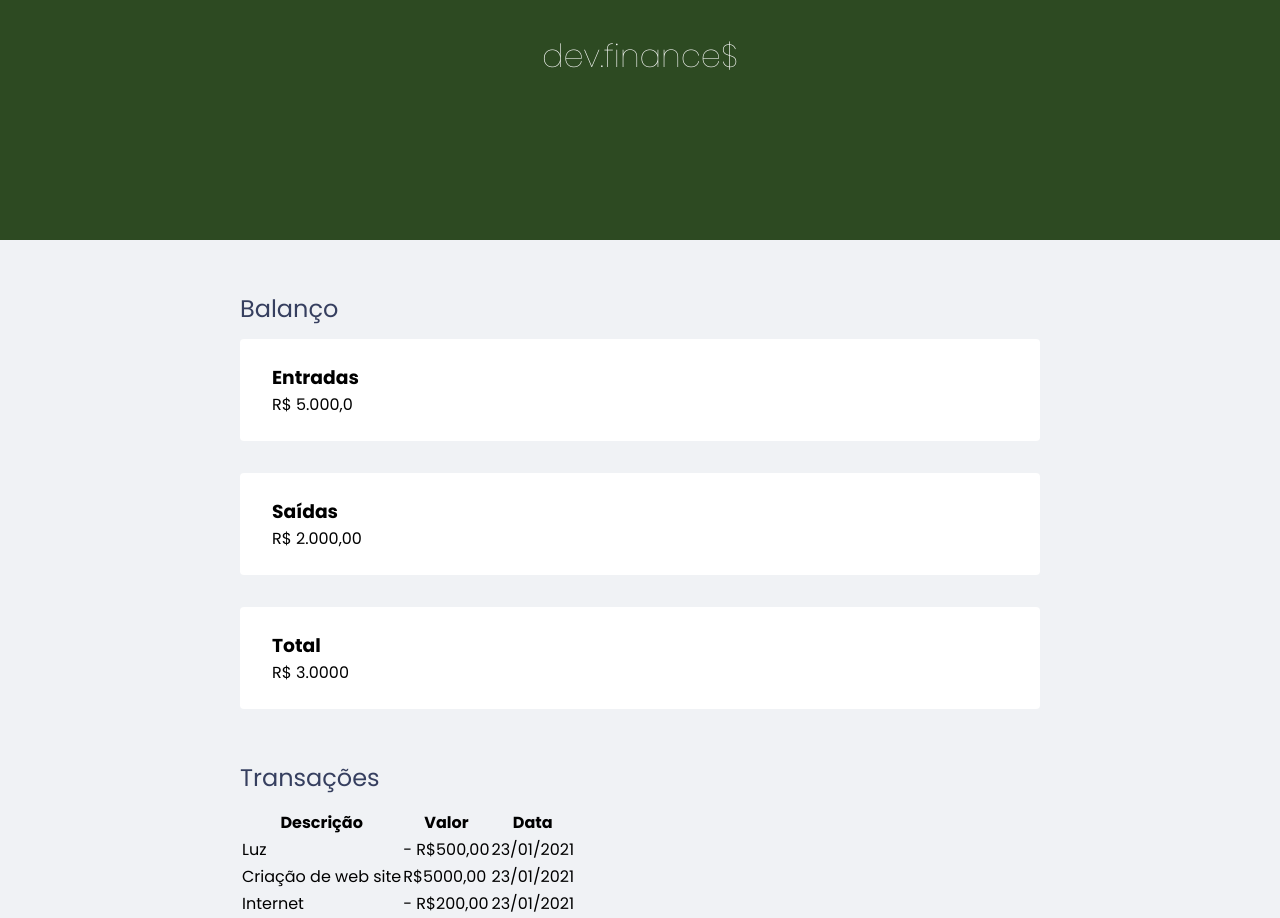
Repository: rafaelmgr12/maratona-dev01
Page: index.html
These files come from the project's save history. The page is drawn as it stood at one moment and after a run of saves; the edit follows.
The browser window is 1280 px wide. The pictures show the whole page.

Above is the page before, as saved 2021-04-26 20:34:38.

### index.html
<!DOCTYPE html>
<html lang="pt-br">
  <head>
    <meta charset="UTF-8" />
    <meta http-equiv="X-UA-Compatible" content="IE=edge" />
    <meta name="viewport" content="width=device-width, initial-scale=1.0" />
    <title>Rafael-app.finance$</title>
    <link rel="stylesheet" href="style.css">
    <link rel="preconnect" href="https://fonts.gstatic.com">
    <link href="https://fonts.googleapis.com/css2?family=Poppins:ital,wght@0,100;0,400;0,700;1,100;1,400;1,700&display=swap" rel="stylesheet">
  </head>
  <body>
    <header><h1 id = "logo">dev.finance$</h1></header>
    <main class = "container">
      <section id="balance">
        <h2>Balanço</h2>
        <div class = "card">
          <h3>Entradas</h3>
          <p>R$ 5.000,0</p>
        </div>
        <div class = "card">
          <h3>Saídas</h3>
          <p>R$ 2.000,00</p>
        </div>
        <div class="card">
          <h3>Total</h3>
          <p>R$ 3.0000</p>
        </div>
      </section>
      <section id = "transaction">
        <h2>Transações</h2>
        <table id= "data-table">
          <thead>
            <tr>
              <th>Descrição</th>
              <th>Valor</th>
              <th>Data</th>
            </tr>
          </thead>
          <tbody>
            <tr>
              <td>Luz</td>
              <td>- R$500,00</td>
              <td>23/01/2021</td>
            </tr>
            <tr>
              <td>Criação de web site</td>
              <td>R$5000,00</td>
              <td>23/01/2021</td>
            </tr>
            <tr>
              <td>Internet</td>
              <td>- R$200,00</td>
              <td>23/01/2021</td>
            </tr>
          </tbody>
        </table>
      </section>
    </main>
    <footer></footer>
  </body>
</html>

### style.css
/* Global ======================================== */
:root{
    --dark-blue : #363f5f;
}
* {
  margin: 0;
  padding: 0;
  box-sizing: border-box;
}

body {
  background: #f0f2f5;
  font-family: "Poppins", sans-serif;
}
.container {
  width: min(90vw, 800px);
  margin: auto;
}
/* Titles ======================================== */
h2 {
  margin-top: 3.2rem;
  margin-bottom: 0.8rem;
  color : var(--dark-blue);

  font-weight: normal;
}

/* Header ======================================== */
header {
  background: #2d4a22;
  padding: 2rem 0 10rem;
  text-align: center;
}

#logo {
  color: #fff;
  font-weight: 100;
}

/* Balance ======================================== */
balance {
  margin-top: -8rem;
}

balance h2 {
  color: white;
  margin-top: 0;
}

/* Cards ======================================== */

.card {
  background: white;
  padding : 1.5rem 2rem;
  border-radius : 0.25rem;

  margin-bottom: 2rem;
}

/* footer ======================================== */
footer {
  text-align: center;
}

After the next 3 saves:
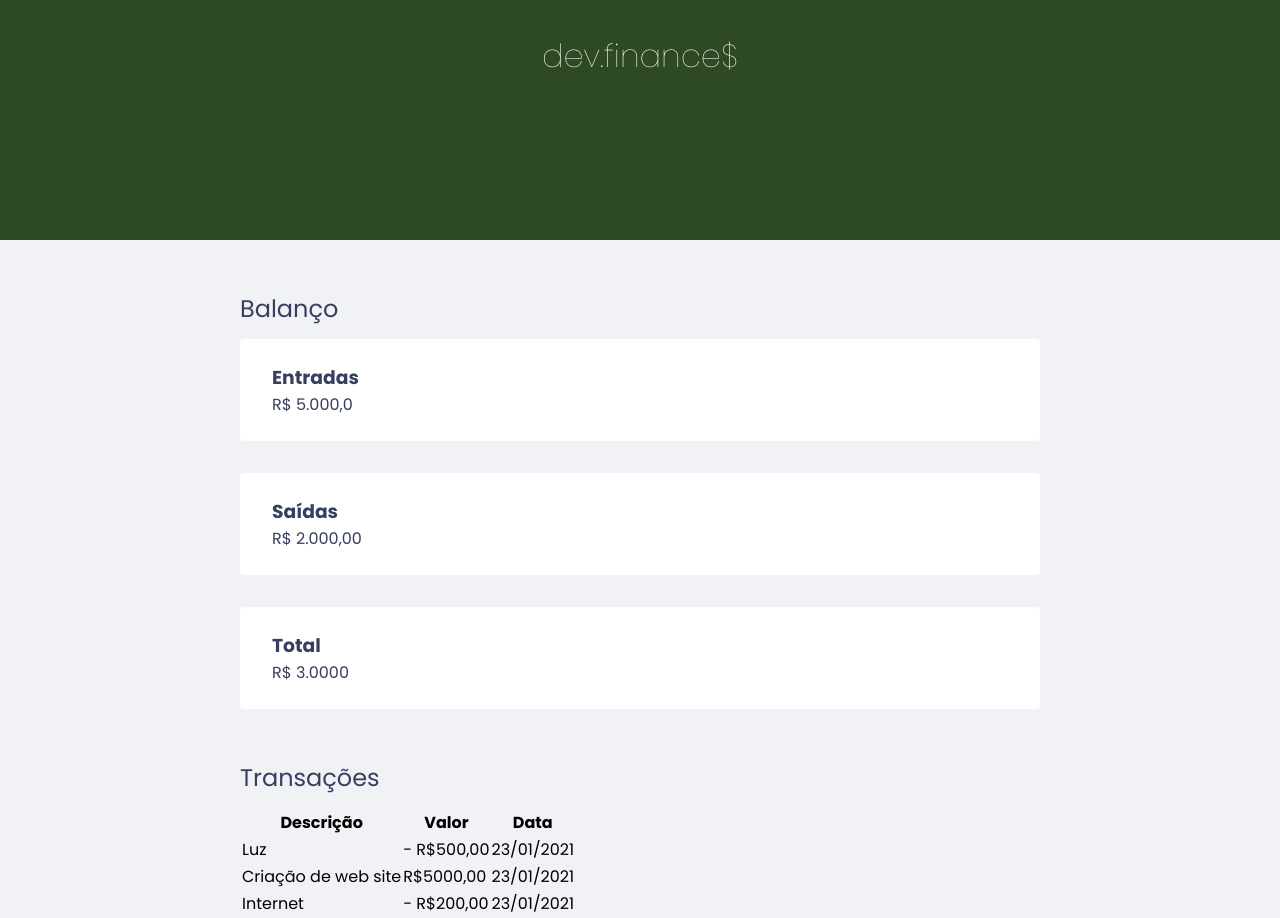
The 3 saves are shown as one change because they came seconds apart.
The last was saved 29 s later.
--- a/style.css
+++ b/style.css
@@ -55,6 +55,8 @@ balance h2 {
   border-radius : 0.25rem;
 
   margin-bottom: 2rem;
+
+  color : var(--dark-blue);
 }
 
 /* footer ======================================== */
